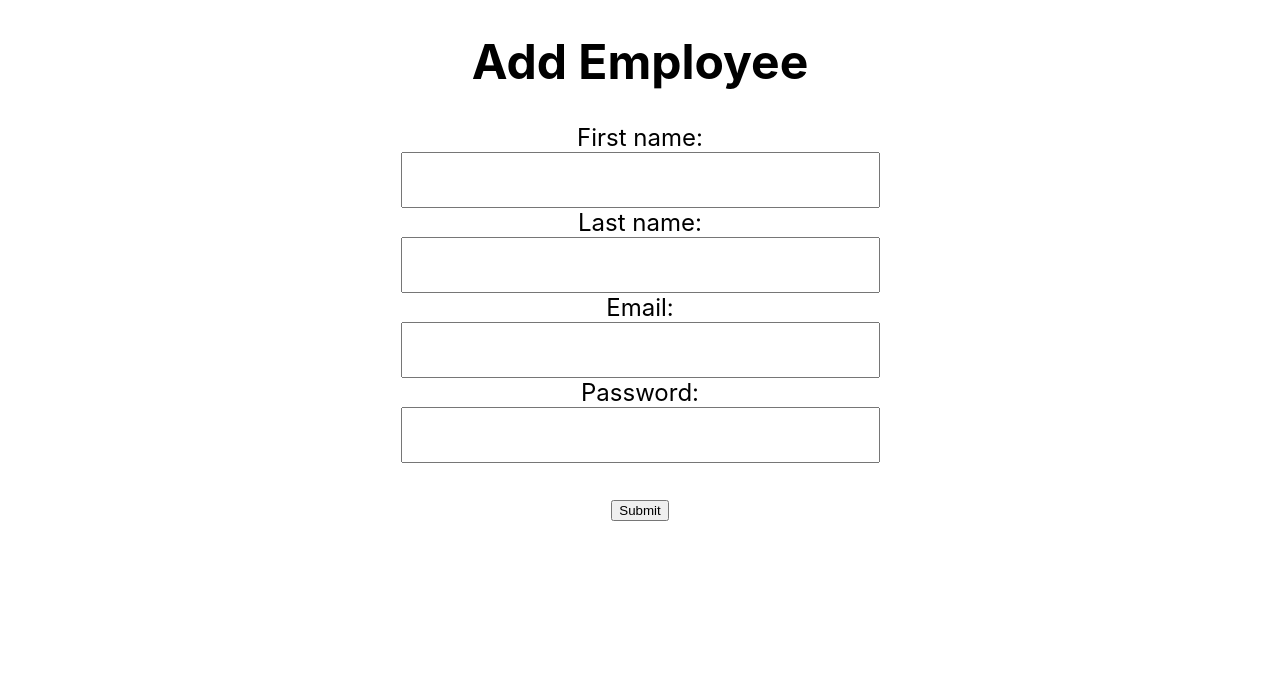
Repository: Biniyamkb/Evangadi-forum
Page: /addemployee (app in demoapp/frontend/)
These files come from the project's save history. The page is drawn as it stood at one moment and after a run of saves; the edit follows.
The browser window is 1280 px wide. The pictures show the whole page.
The project was rebuilt for these pictures with package versions that can differ from the ones it lists, and the page was loaded fresh each time. Also part of the build but not shown: demoapp/frontend/src/Pages/Home.js, demoapp/frontend/src/Pages/Login.js.

Above is the page before, as saved 2025-05-04 22:11:59.

### demoapp/frontend/src/index.js
import React from "react";
import ReactDOM from "react-dom/client";
import "./index.css";
import App from "./App";
import reportWebVitals from "./reportWebVitals";
//import the Router from react-router-dom
import { BrowserRouter } from "react-router-dom";
const root = ReactDOM.createRoot(document.getElementById("root"));
root.render(
  <React.StrictMode>
    <BrowserRouter>
      <App />
    </BrowserRouter>
  </React.StrictMode>
);

// If you want to start measuring performance in your app, pass a function
// to log results (for example: reportWebVitals(console.log))
// or send to an analytics endpoint. Learn more: https://bit.ly/CRA-vitals
reportWebVitals();

### demoapp/frontend/src/App.js
import "./App.css";
//import the Router from react-router-dom
import { Routes, Route } from "react-router";
import Home from "./Pages/Home";
import Login from "./Pages/Login";
import AddEmployee from "./Pages/AddEmployee";
function App() {
  return (
    <div className="App">
      <Routes>
        <Route path="/" element={<Home />} />
        <Route path="/addemployee" element={<AddEmployee />} />
        <Route path="/login" element={<Login />} />
      </Routes>
    </div>
  );
}

export default App;

### demoapp/frontend/src/App.css
body{
  font-size: 1.5em;
  text-align: center;
}
input{
  font-size: 1.5em;
 text-align: left;
 padding: 5px;
 margin-bottom: ;
}

### demoapp/frontend/src/Pages/AddEmployee.js
import React from "react";

function AddEmployee() {
  return (
    <div>
      <h1>Add Employee</h1>
      <form>
        <label htmlFor="fname">First name:</label>
        <br />
        <input type="text" id="fname" name="fname" />
        <br />
        <label htmlFor="lname">Last name:</label>
        <br />
        <input type="text" id="lname" name="lname" />
        <br />
        <label htmlFor="email">Email:</label>
        <br />
        <input type="email" id="email" name="email" />
        <br />
        <label htmlFor="password">Password:</label>
        <br />
        <input type="password" id="password" name="password" />
        <br /> <br />
        <button type="submit">Submit</button>
      </form>
    </div>
  );
}

export default AddEmployee;

Loaded but not shown: demoapp/frontend/public/index.html (common file); demoapp/frontend/src/index.css (common file); demoapp/frontend/src/reportWebVitals.js (common file)

After the next 2 saves:
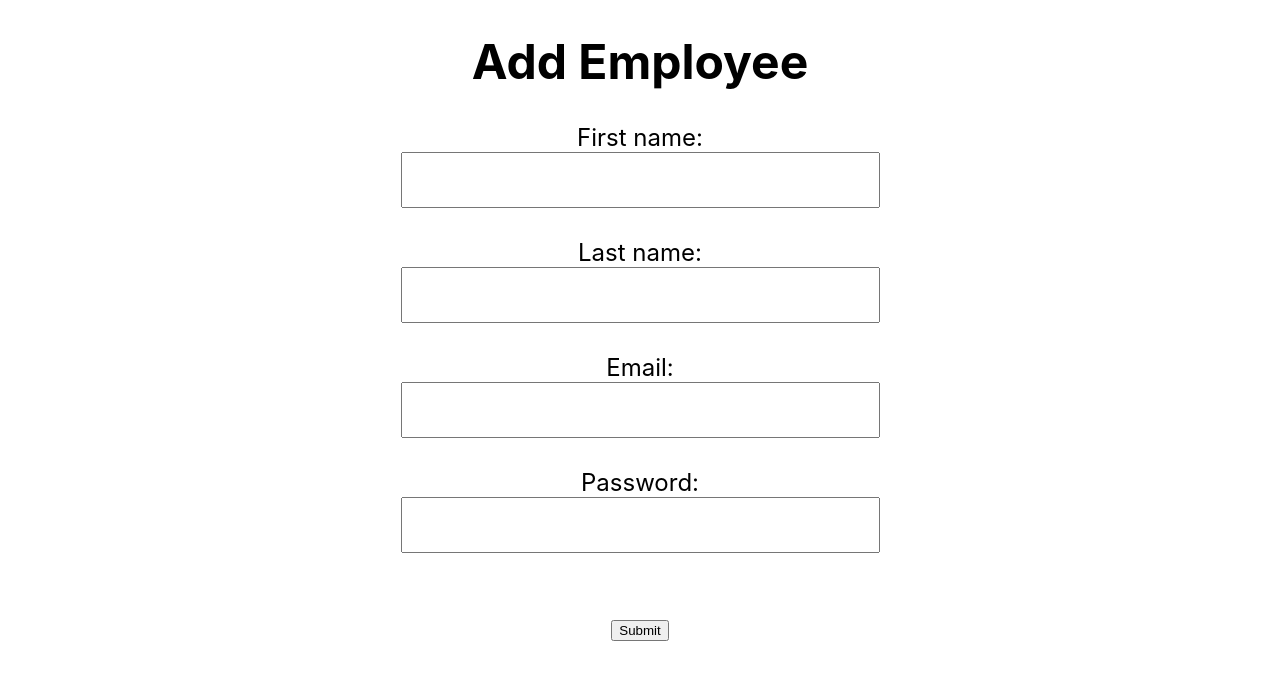
The 2 saves are shown as one change because they came seconds apart.
The last was saved 6 s later.
--- a/demoapp/frontend/src/App.css
+++ b/demoapp/frontend/src/App.css
@@ -1,10 +1,10 @@
-body{
+body {
   font-size: 1.5em;
   text-align: center;
 }
-input{
+input {
   font-size: 1.5em;
- text-align: left;
- padding: 5px;
- margin-bottom: ;
+  text-align: left;
+  padding: 5px;
+  margin-bottom: 30px;
 }
